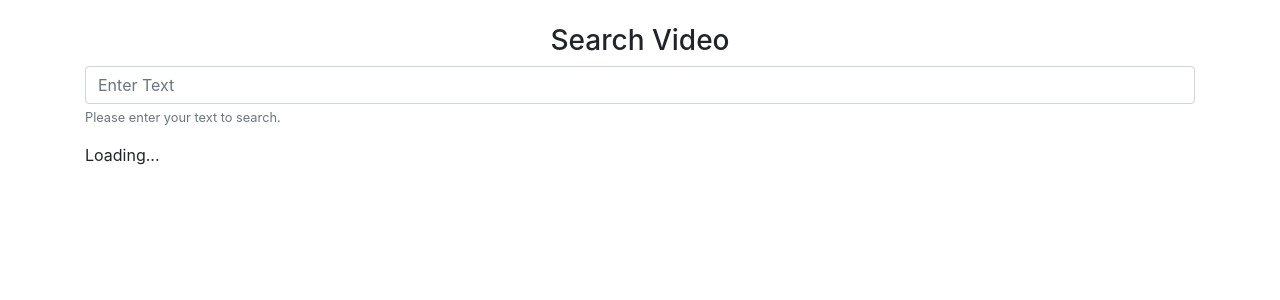
Repository: sushil50889/react-video-search-with-axios
Page: /
These files come from the project's save history. The page is drawn as it stood at one moment and after the next save; the edit follows.
The browser window is 1280 px wide. The pictures show the whole page.
The page's requests for data from a server got no answer. The project was rebuilt for these pictures with package versions that can differ from the ones it lists, and the page was loaded fresh each time. No one was signed in, and anything a server would have sent is missing. Also part of the build but not shown: src/components/main.css, src/components/VideoItem.js.

Above is the page before, as saved 2020-03-22 20:39:18.

After the next save:
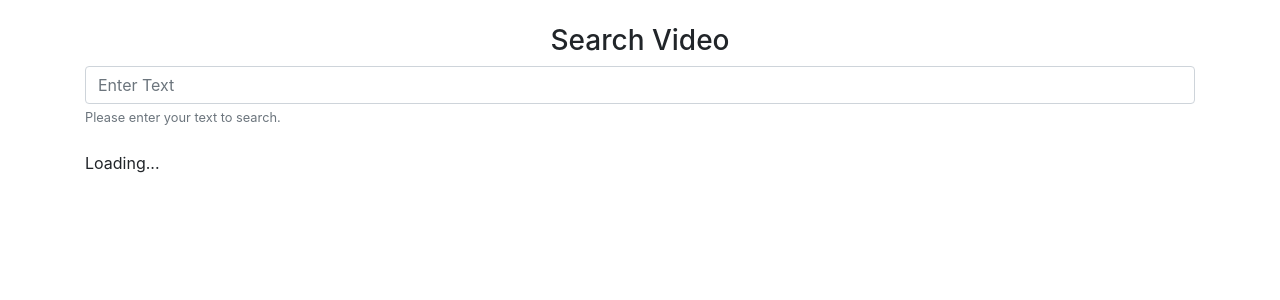
Saved 21 s later.
--- a/src/components/SearchBar.js
+++ b/src/components/SearchBar.js
@@ -19,7 +19,7 @@ class Search extends React.Component {
 
     render() {
         return (
-            <div className="mt-4">
+            <div className="mt-4 mb-4">
 
                     <Form onSubmit={this.onFormSubmit}>
                         <Form.Group controlId="formBasicEmail">
